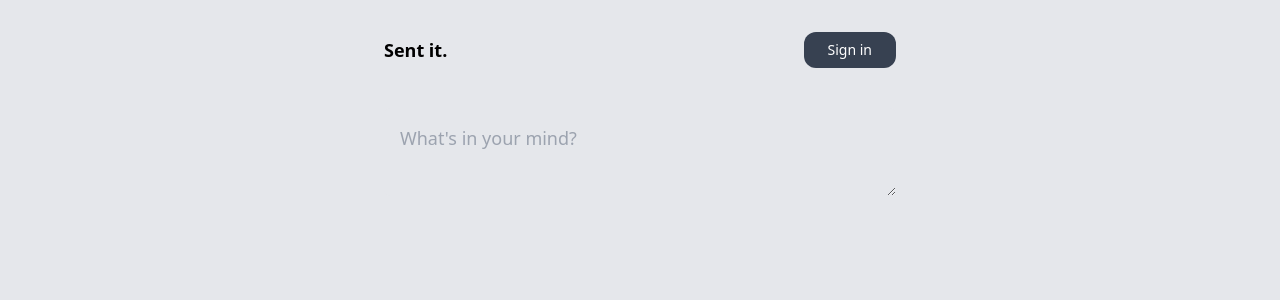
Repository: Saadelfadil/Nextjs_fullstack_app
Page: /
The author's editor kept a copy of each file at every save. The page is drawn from the files as they stood at one save, then again after the next save.
The browser window is 1280 px wide. The pictures show the whole page.
The page's requests for data from a server got no answer. The project was rebuilt for these pictures with package versions that can differ from the ones it lists, and the page was loaded fresh each time. The framework's server and built-in components were replaced by stand-ins that run in the browser. No one was signed in, and anything a server would have sent is missing. Also part of the build but not shown: next.config.js, app/auth/Logged.tsx.

Above is the page before, as saved 2023-02-24 18:27:19.

### app/layout.jsx
import './globals.css'
import Nav from "./auth/nav"
import { Roboto } from '@next/font/google'

const roboto = Roboto({
  subsets: ["latin"],
  weight: ["400", "700"],
  variable: "--font-roboto"
});

export default function RootLayout({children})
  {
  return (
    <html lang="en">
      <head />
      <body className={`mx-4 md:mx-48 xl:mx-96 ${roboto.variable} bg-gray-200`}>
        <Nav />
        {children}
      </body>
    </html>
  )
}

### app/page.tsx
"use client";

import AddPost from "./components/AddPost";

export default function Home() {
  return (
    <main>
      <AddPost />
    </main>
  );
}

### app/auth/nav.tsx

import Link from 'next/link'
import Login from "./Login"
import { authOptions } from "../../pages/api/auth/[...nextauth]";
import { getServerSession } from "next-auth/next";
import Logged from './Logged';

export default async function Nav(){
    const session = await getServerSession(authOptions);
    console.log(session)
    return (
        <nav className='flex justify-between items-center py-8'>
            <Link href={"/"}>
                <h1 className='font-bold text-lg'>Sent it.</h1>
            </Link>
            <ul className='flex items-center gap-6'>
                {!session?.user ? <Login /> : <Logged image={session.user?.image || ""}/>}
            </ul>
        </nav>
    )
}

### app/components/AddPost.tsx
"use client"

import { useState } from "react";

const AddPost = () => {
    const [title, setTitle] = useState("");
  return (
    <form>
        <div className="flex flex-col ">
            <textarea onChange={(e) => setTitle((pre) => pre = e.target.value)}
            name="title"
            value={title}
            placeholder={"What's in your mind?"}
            className="p-4 text-lg rounded-md my-2 bg-gray-200"
            >
            </textarea>
        </div>
    </form>
  )
};

export default AddPost;

### app/auth/Login.tsx
"use client"

import {signIn} from "next-auth/react"

export default function Login()
{
    return (
      <li className="list-none">
        <button className="text-sm bg-gray-700 text-white py-2 px-6 rounded-xl disabled:opacity-25" onClick={() => signIn()}>
          Sign in
        </button>
      </li>
    );
}

### pages/api/auth/[...nextauth].js
import NextAuth from "next-auth"
import GoogleProvider from "next-auth/providers/google"
import { PrismaAdapter } from "@next-auth/prisma-adapter"
import prisma from "../../../prisma/client"


export const authOptions = {
  adapter: PrismaAdapter(prisma),
  providers: [
    GoogleProvider({
      clientId: process.env.GOOGLE_CLIENT_ID,
      clientSecret: process.env.GOOGLE_CLIENT_SECRET,
    }),
  ],
}

export default NextAuth(authOptions)

### prisma/client.js
import { PrismaClient } from "@prisma/client"

const client = globalThis.prisma || new PrismaClient()

if (process.env.NODE_ENV !== "production") globalThis.prisma = client

export default client;

Loaded but not shown: app/globals.css (common file); tailwind.config.js (common file)

After the next save:
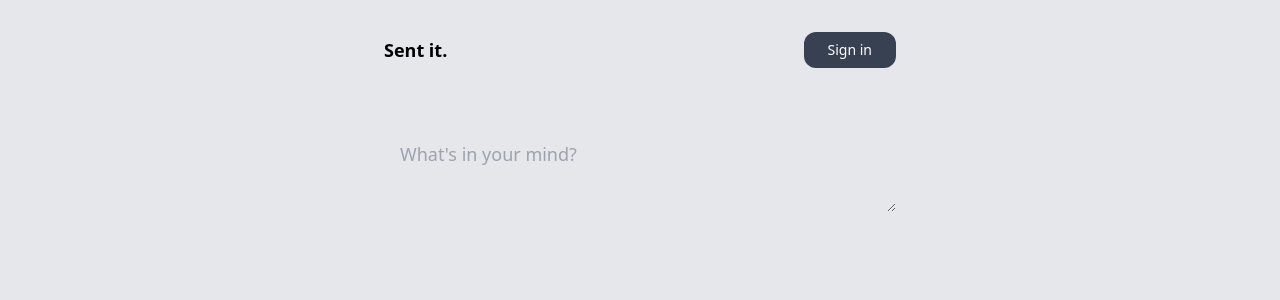
Saved 11 s later.
--- a/app/components/AddPost.tsx
+++ b/app/components/AddPost.tsx
@@ -6,7 +6,7 @@ const AddPost = () => {
     const [title, setTitle] = useState("");
   return (
     <form>
-        <div className="flex flex-col ">
+        <div className="flex flex-col my-4">
             <textarea onChange={(e) => setTitle((pre) => pre = e.target.value)}
             name="title"
             value={title}
